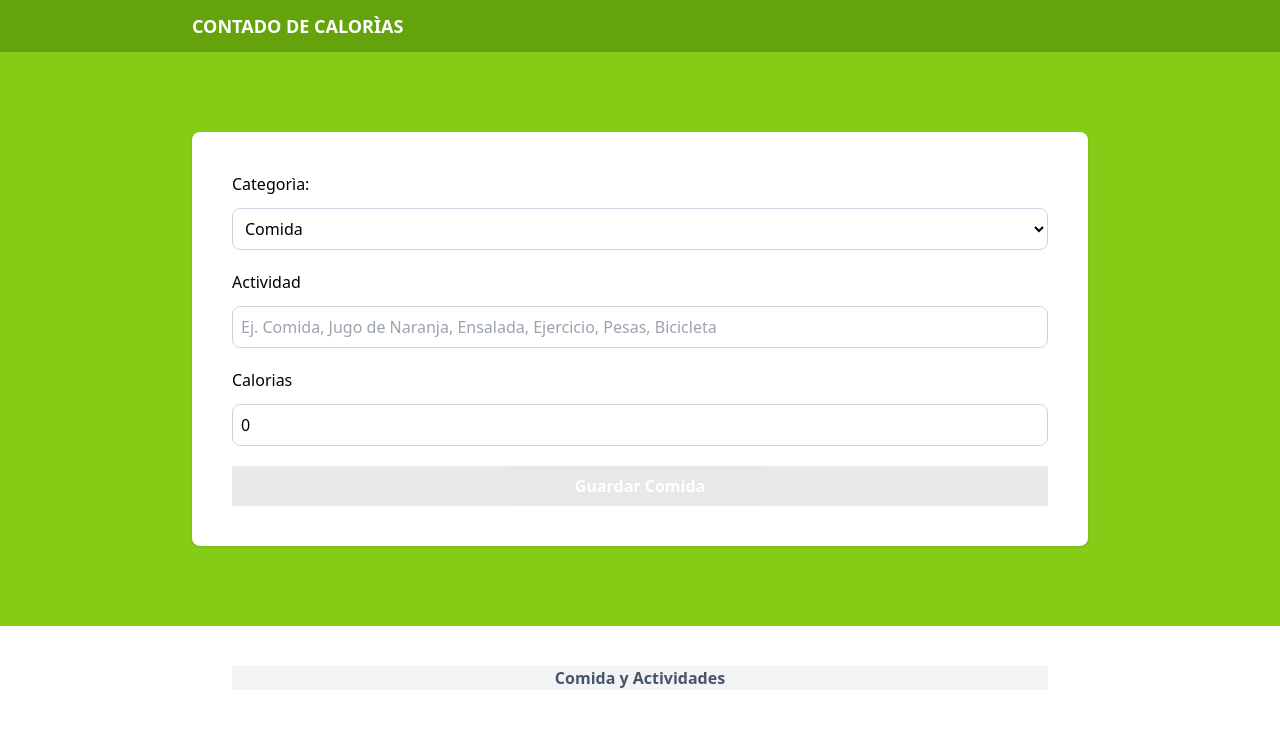
Repository: Matiiu/calorie-tracker
Page: /
The author's editor kept a copy of each file at every save. The page is drawn from the files as they stood at one save, then again after the next save.
The browser window is 1280 px wide. The pictures show the whole page.
The project was rebuilt for these pictures with package versions that can differ from the ones it lists, and the page was loaded fresh each time. Also part of the build but not shown: vite.config.ts.

Above is the page before, as saved 2024-04-01 13:18:18.

After the next save:
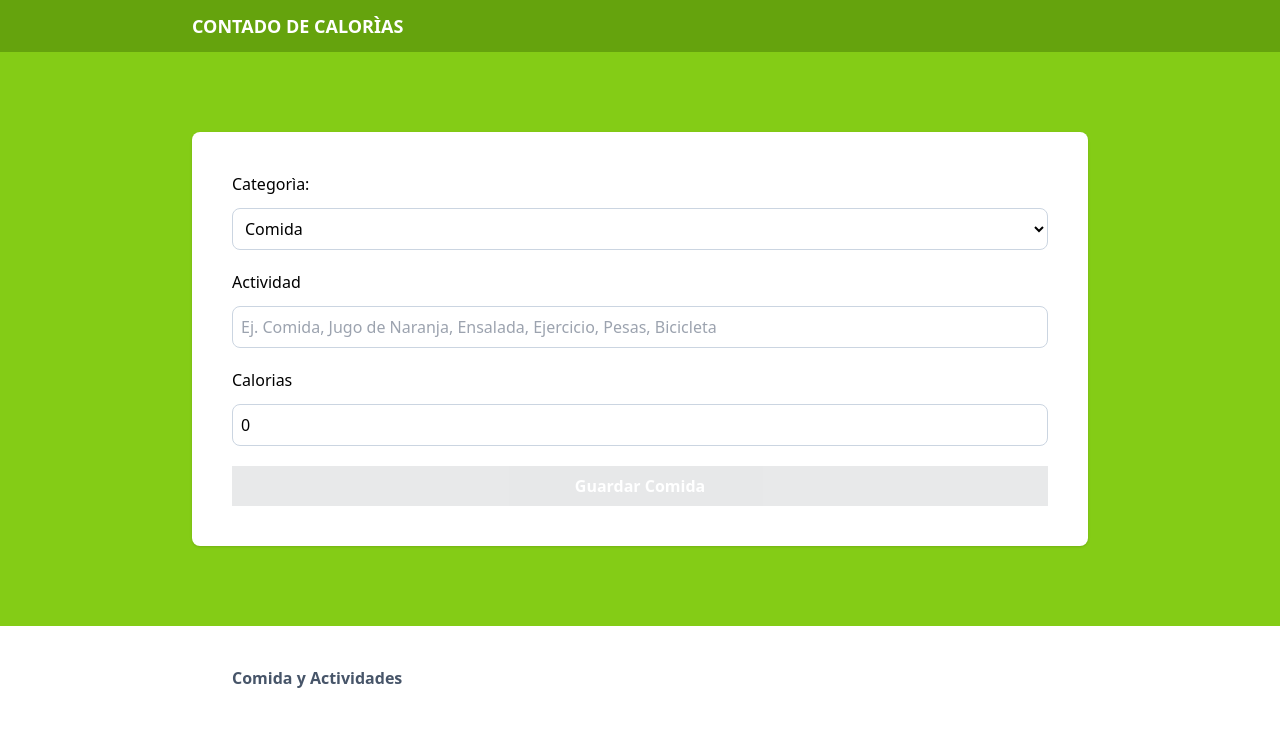
Saved 13 s later.
--- a/src/components/ActivityList.tsx
+++ b/src/components/ActivityList.tsx
@@ -22,7 +22,7 @@ export default function ActivityList({ activities }: ActivityListprops) {
 
   return (
     <>
-      <h2 className="text-4-xl font-bold text-slate-600 text-center bg-gray-100">
+      <h2 className="text-4-xl font-bold text-slate-600 text-cente">
         Comida y Actividades
       </h2>
 
